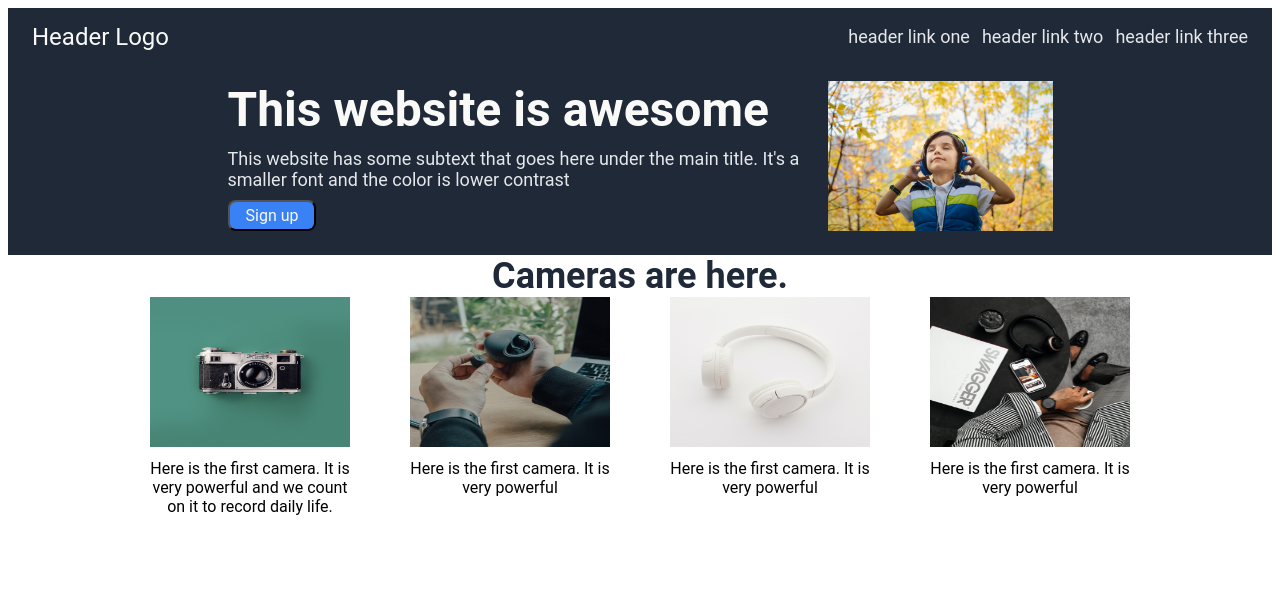
Repository: z1youRA/FirstWebsite
Page: index.html
These files come from the project's save history. The page is drawn as it stood at one moment and after the next save; the edit follows.
The browser window is 1280 px wide. The pictures show the whole page.

Above is the page before, as saved 2021-11-25 17:51:52.

After the next save:
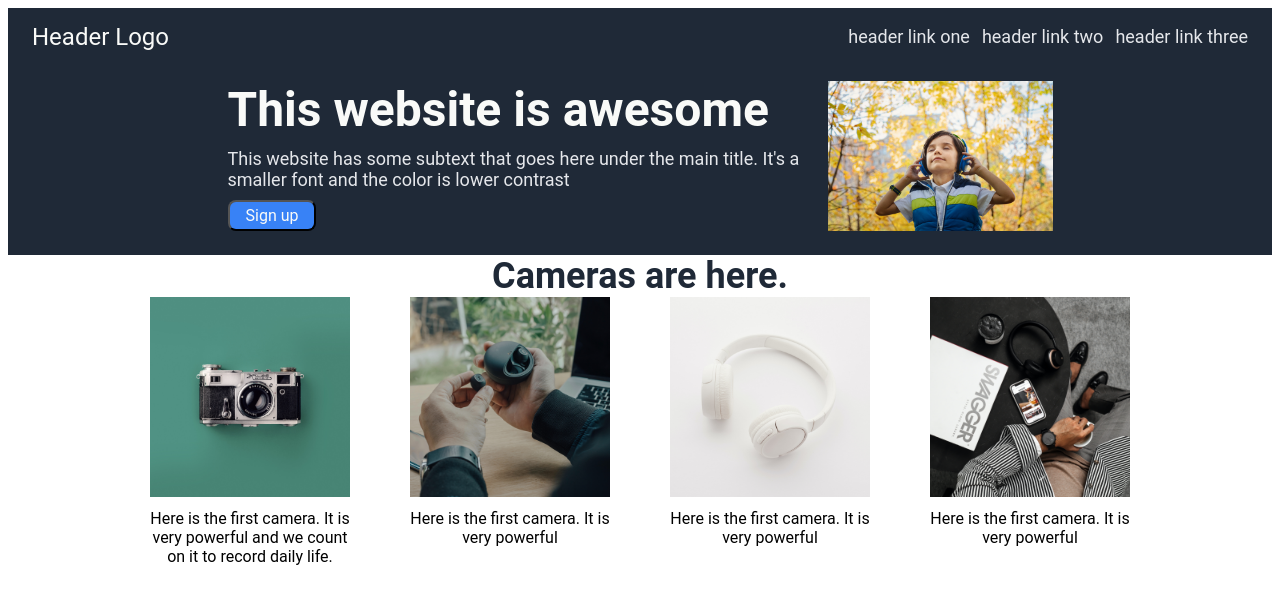
Saved 43 s later.
--- a/styles.css
+++ b/styles.css
@@ -41,7 +41,7 @@ button {
     flex-wrap: nowrap;
 }
 
-img {
+.hero img {
     max-height: 150px;
 }
 
